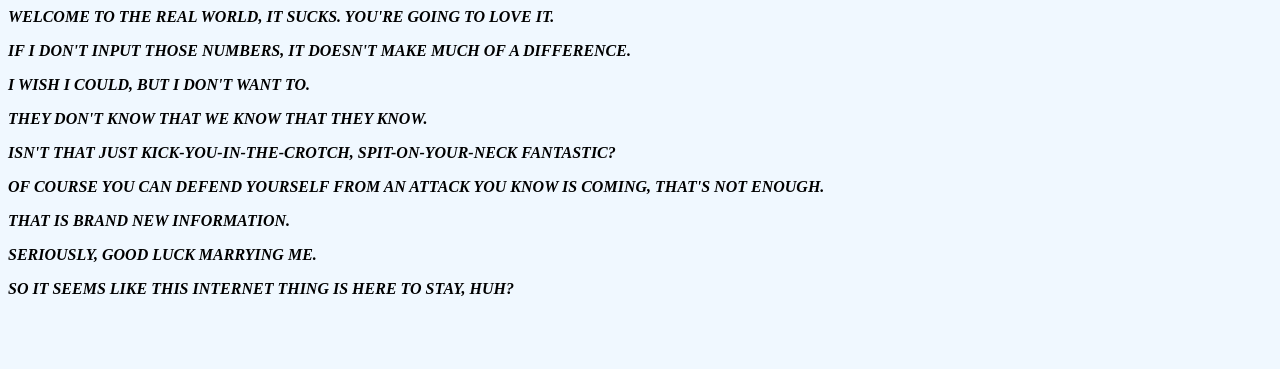
Repository: zhanj122/zhanj122.github.io
Page: composition/index1.html
The author's editor kept a record of every edit. The page is drawn from the files as they stood at one moment, then again after the next edit.
The browser window is 1280 px wide. The pictures show the whole page.

Above is the page before.

### composition/index1.html
<html>

  <body bgcolor="#F0F8FF">

  <p><i><strong>WELCOME TO THE REAL WORLD, IT SUCKS. YOU'RE GOING TO LOVE IT.</strong></i></p>

  <p><i><strong>IF I DON'T INPUT THOSE NUMBERS, IT DOESN'T MAKE MUCH OF A DIFFERENCE.</strong></i></p>

  <p><i><strong>I WISH I COULD, BUT I DON'T WANT TO.</strong></i></p>

  <p><i><strong>THEY DON'T KNOW THAT WE KNOW THAT THEY KNOW.</strong></i></p>

  <p><i><strong>ISN'T THAT JUST KICK-YOU-IN-THE-CROTCH, SPIT-ON-YOUR-NECK FANTASTIC?</strong></i></p>

  <p><i><strong>OF COURSE YOU CAN DEFEND YOURSELF FROM AN ATTACK YOU KNOW IS COMING, THAT'S NOT ENOUGH.</strong></i></p>

  <p><i><strong>THAT IS BRAND NEW INFORMATION.</strong></i></p>

  <p><i><strong>SERIOUSLY, GOOD LUCK MARRYING ME.</strong></i></p>

  <p><i><strong>SO IT SEEMS LIKE THIS INTERNET THING IS HERE TO STAY, HUH?</strong></i></p>

</html>

After the next edit:
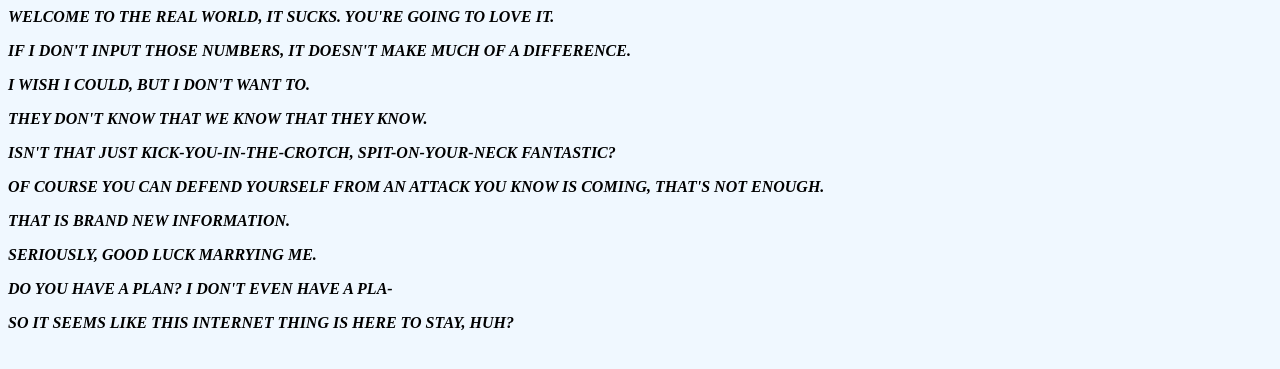
The edit:
--- a/composition/index1.html
+++ b/composition/index1.html
@@ -18,6 +18,8 @@
 
   <p><i><strong>SERIOUSLY, GOOD LUCK MARRYING ME.</strong></i></p>
 
+  <p><i><strong>DO YOU HAVE A PLAN? I DON'T EVEN HAVE A PLA-</strong></i></p>
+
   <p><i><strong>SO IT SEEMS LIKE THIS INTERNET THING IS HERE TO STAY, HUH?</strong></i></p>
 
 </html>
